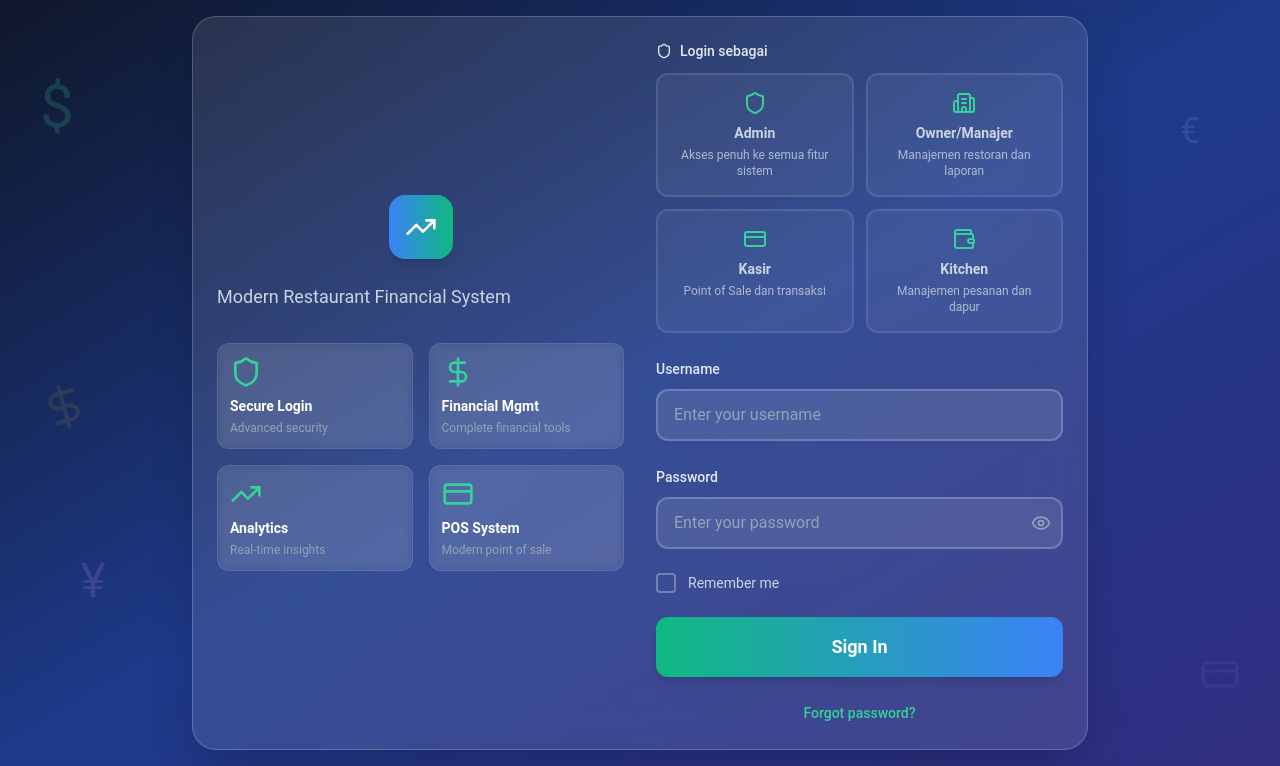
Repository: luthfirf17/SiKasir
Page: / (app in frontend/)
These files come from the project's save history. The page is drawn as it stood at one moment and after the next save; the edit follows.
The browser window is 1280 px wide. The pictures show the whole page.
The page's requests for data from a server got no answer. The project was rebuilt for these pictures with package versions that can differ from the ones it lists, and the page was loaded fresh each time. No one was signed in, and anything a server would have sent is missing. Also part of the build but not shown: frontend/src/modules/admin/config/navigationConfig.ts, frontend/src/modules/admin/components/ModernAdminNavigation.tsx, frontend/src/modules/admin/components/AdminNavbar.tsx, frontend/src/modules/admin/layouts/AdminLayout.tsx, frontend/src/modules/admin/pages/DashboardPage.tsx, frontend/src/services/MenuService.ts, frontend/src/utils/menuDataConverter.ts, frontend/src/hooks/useMenuData.ts and 19 more.

Above is the page before, as saved 2025-09-25 17:29:35.

After the next save:
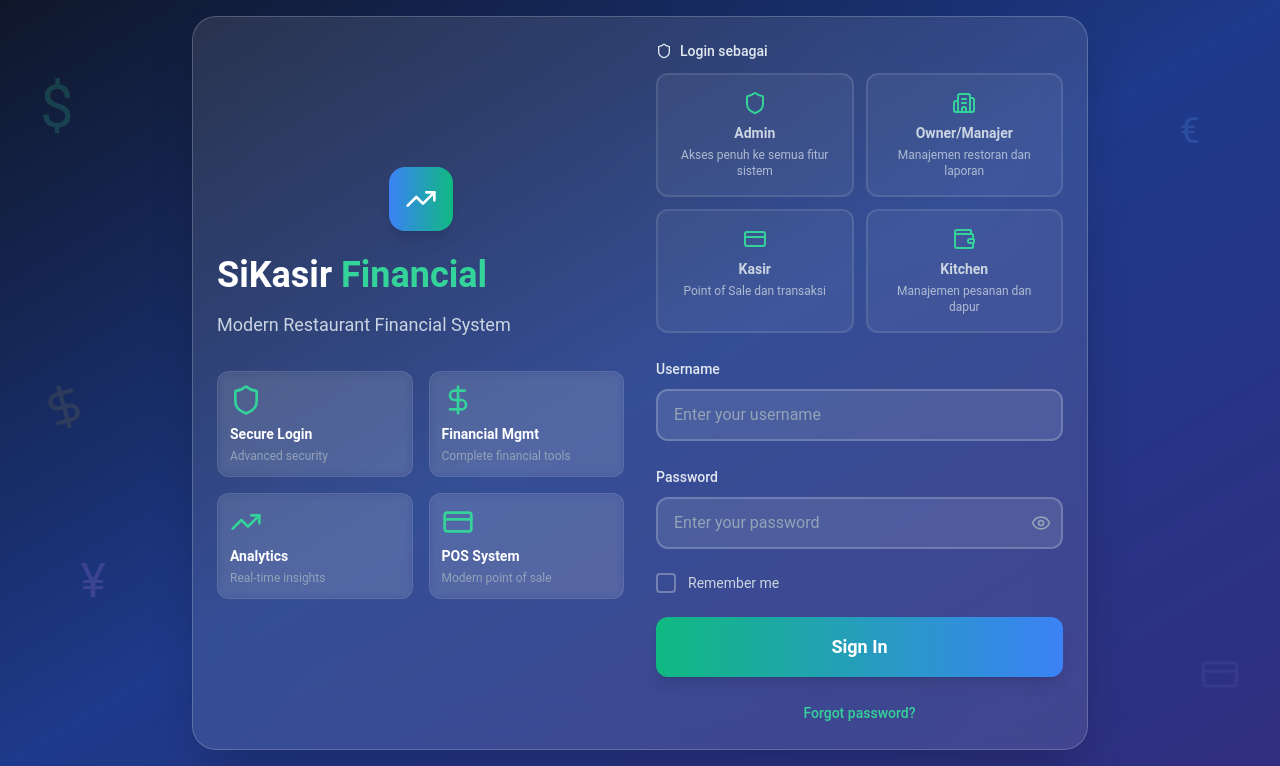
Saved 15 s later.
--- a/frontend/src/pages/LoginPage.tsx
+++ b/frontend/src/pages/LoginPage.tsx
@@ -204,6 +204,9 @@ const LoginPage = () => {
                     <TrendingUp className="h-8 w-8 text-white" />
                   </div>
                 </div>
+                <h1 className="text-3xl lg:text-4xl font-bold text-white mb-4">
+                  SiKasir <span className="text-emerald-400">Financial</span>
+                </h1>
                 <p className="text-slate-300 text-lg mb-8">
                   Modern Restaurant Financial System
                 </p>
